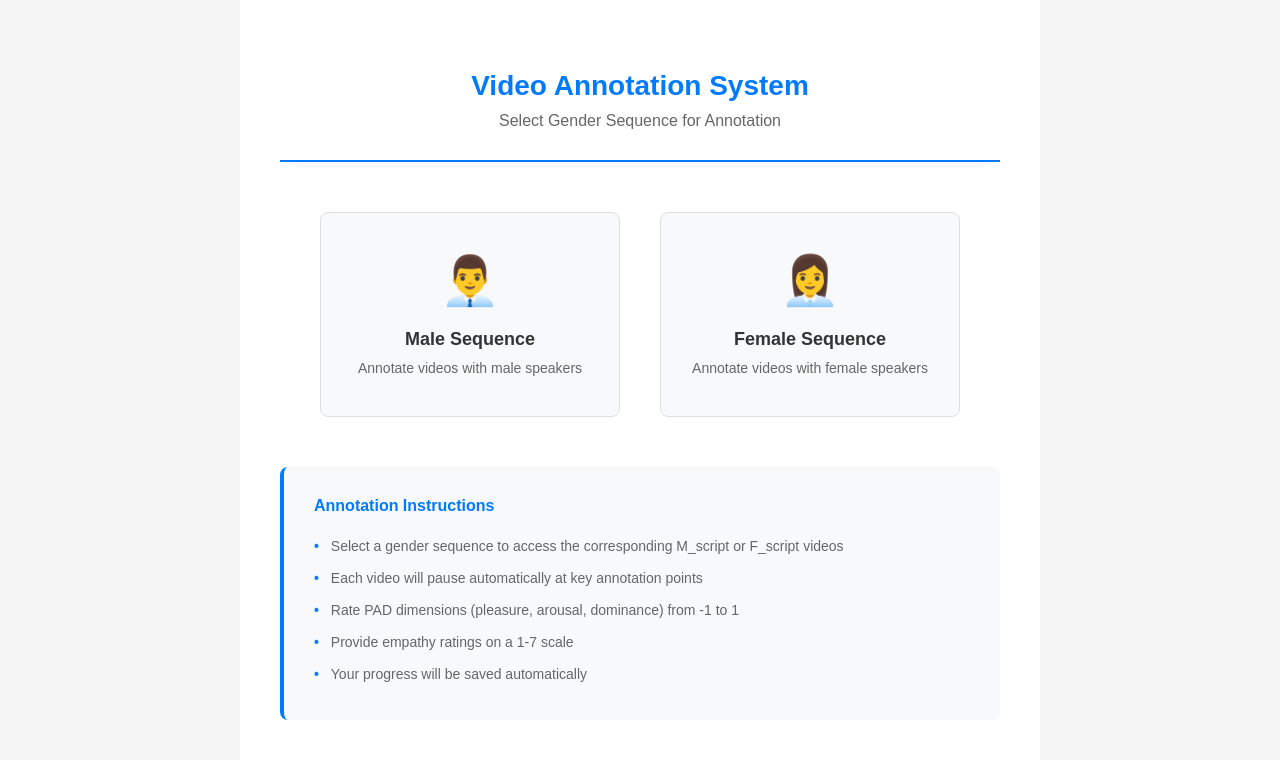
Repository: Matsuyou-Wang/MPES-system
Page: gender-selection.html
The author's editor kept a copy of each file at every save. The page is drawn from the files as they stood at one save, then again after the next save.
The browser window is 1280 px wide. The pictures show the whole page.

Above is the page before, as saved 2025-11-25 12:40:40.

After the next save:
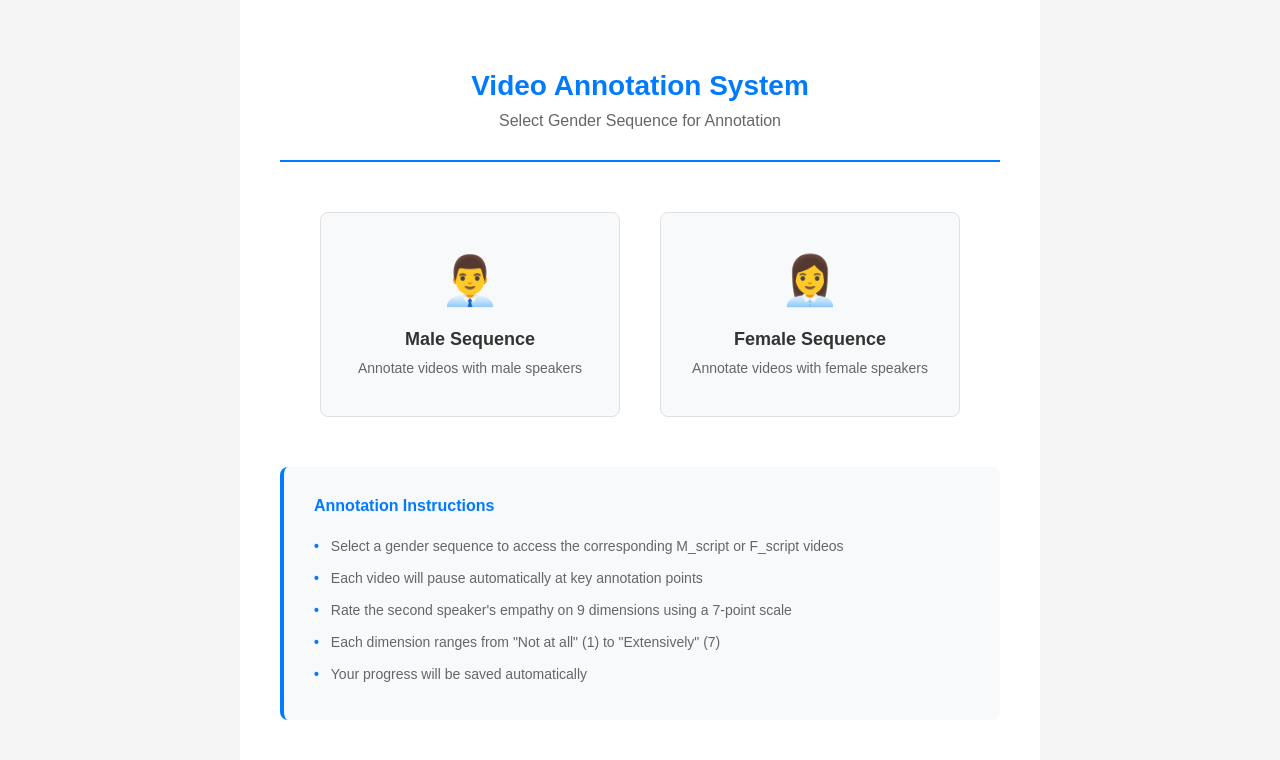
Saved 3 min 2 s later.
--- a/gender-selection.html
+++ b/gender-selection.html
@@ -143,8 +143,8 @@
             <ul>
                 <li>Select a gender sequence to access the corresponding M_script or F_script videos</li>
                 <li>Each video will pause automatically at key annotation points</li>
-                <li>Rate PAD dimensions (pleasure, arousal, dominance) from -1 to 1</li>
-                <li>Provide empathy ratings on a 1-7 scale</li>
+                <li>Rate the second speaker's empathy on 9 dimensions using a 7-point scale</li>
+                <li>Each dimension ranges from "Not at all" (1) to "Extensively" (7)</li>
                 <li>Your progress will be saved automatically</li>
             </ul>
         </div>
